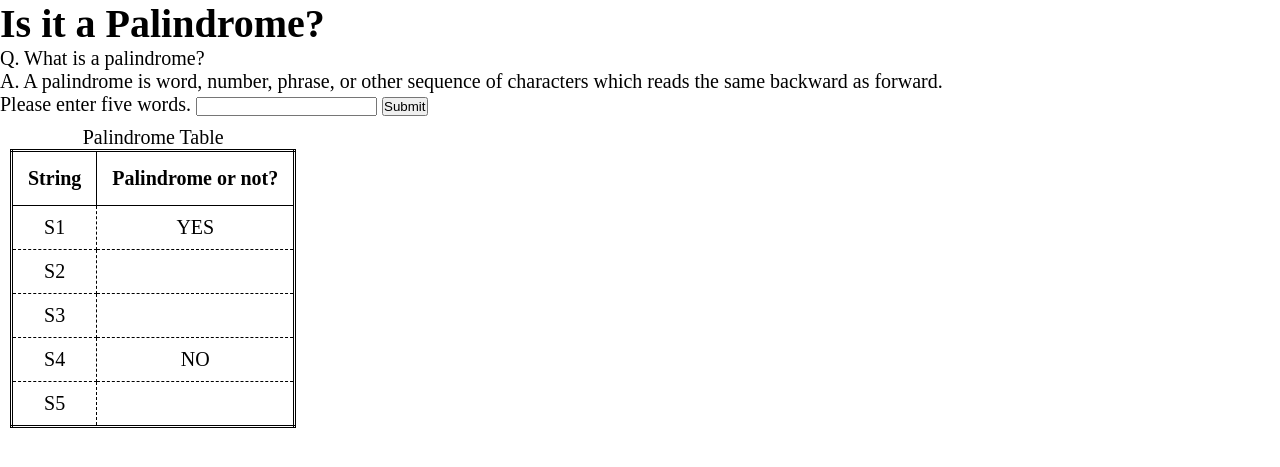
Repository: mlmEFSC21/P18-Palindrome-Table
Page: palindrome.html
The author's editor kept a copy of each file at every save. The page is drawn from the files as they stood at one save, then again after the next save.
The browser window is 1280 px wide. The pictures show the whole page.

Above is the page before, as saved 2022-04-03 17:36:01.

After the next save:
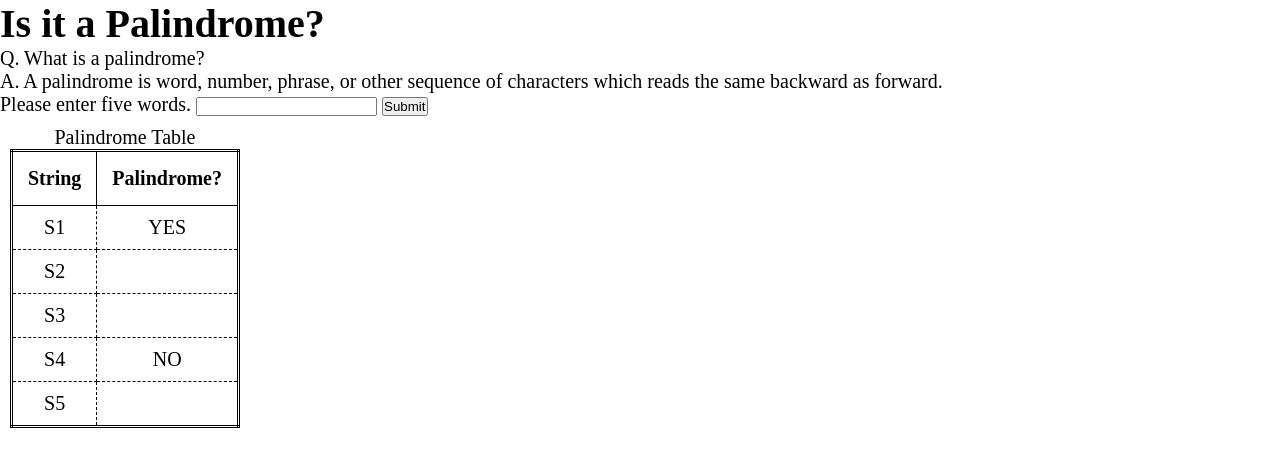
Saved 39 s later.
--- a/palindrome.html
+++ b/palindrome.html
@@ -41,7 +41,7 @@
                     <thead>
                         <tr>
                             <th>String</th>
-                            <th>Palindrome or not?</th>
+                            <th>Palindrome?</th>
                         </tr>
                     </thead>
                     <tbody>
